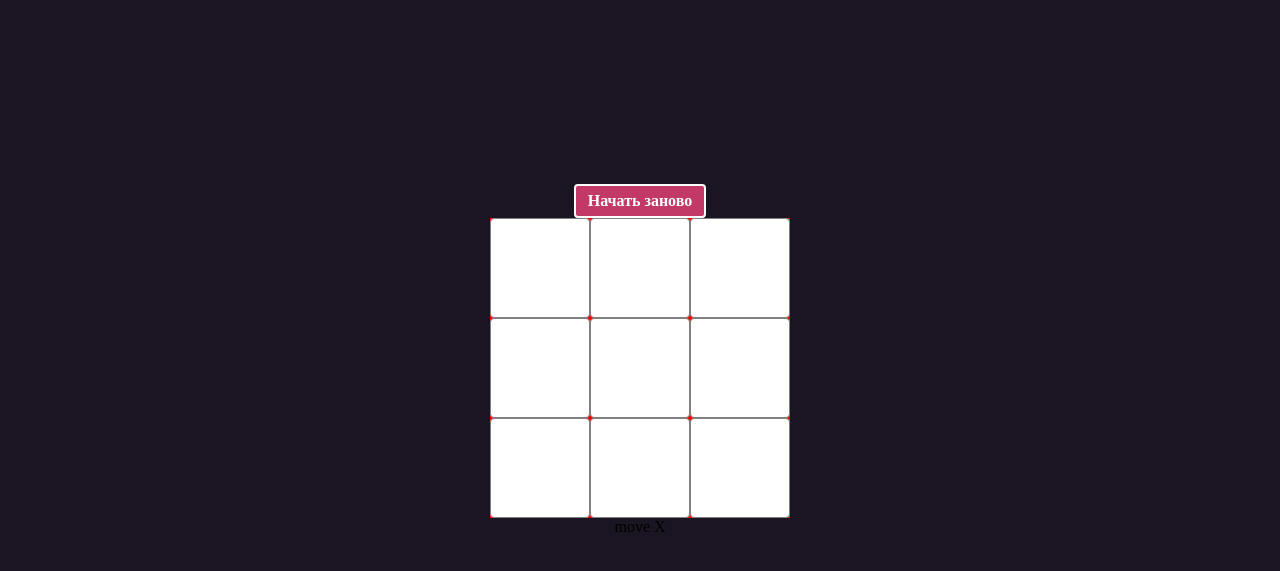
Repository: Minkeani/TIC-TAC_TOE
Page: /
An editor plug-in stored every save of this project. The page is shown before and after the next save, followed by the edit.
The browser window is 1280 px wide. The pictures show the whole page.
The pointer rests on the first visible `button`.
Some web fonts or font styles are not loaded; a fallback is used. The project was rebuilt for these pictures with package versions that can differ from the ones it lists, and the page was loaded fresh each time.

Above is the page before, as saved 2022-05-22 16:49:34.

After the next save:
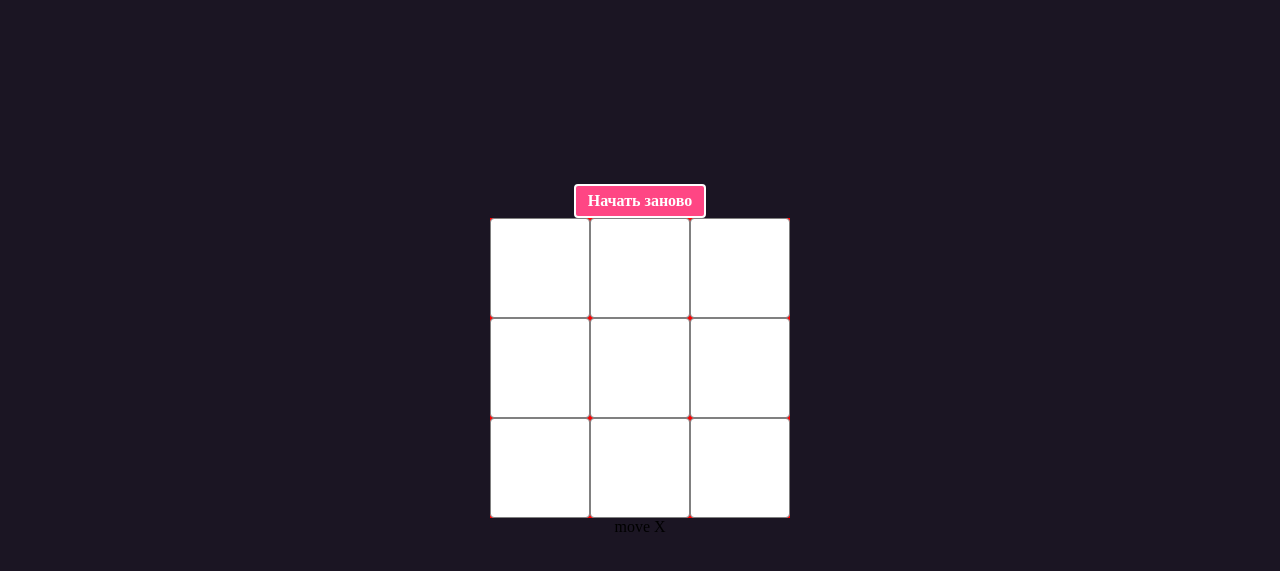
Saved 52 s later.
--- a/src/components/Game.css
+++ b/src/components/Game.css
@@ -20,6 +20,6 @@ button {
 }
 
 button:hover {
-    background: #c23866;
+    background: #ff4684;;
     color: #fff;
 }
